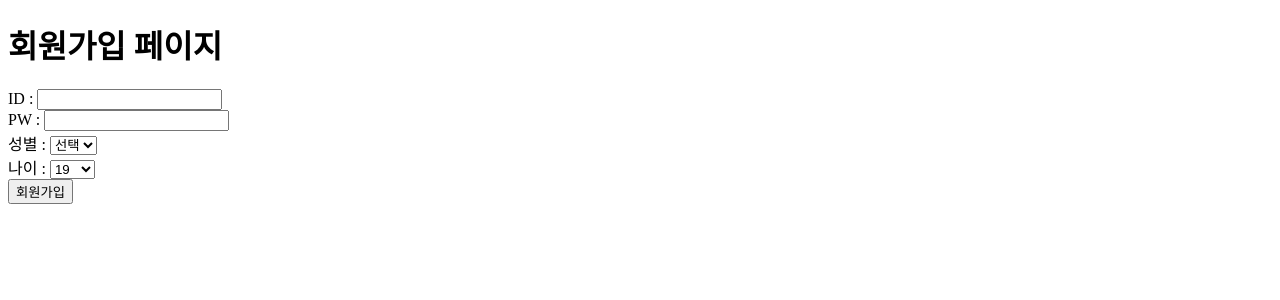
Repository: Bigdog93/WebworkspacePT
Page: http://localhost/JuZzyang/WEB-INF/jsp/join.jsp
The author's editor kept a copy of each file at every save. The page is drawn from the files as they stood at one save, then again after the next save.
The browser window is 1280 px wide. The pictures show the whole page.
The page is served by Tomcat 9. Nobody is signed in. The template is opened directly, without the code that normally fills it, so the values that code supplies are empty.

Above is the page before, as saved 2021-04-29 03:47:37.

After the next save:
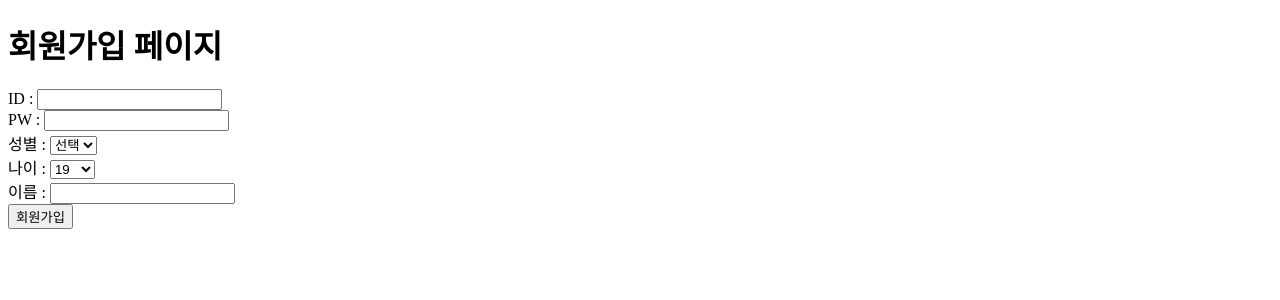
Saved 29 s later.
--- a/WebWorkSpace/JuZzyang/src/main/webapp/WEB-INF/jsp/join.jsp
+++ b/WebWorkSpace/JuZzyang/src/main/webapp/WEB-INF/jsp/join.jsp
@@ -26,6 +26,7 @@
 				</c:forEach>
 			</select>
 		</div>
+		<div>이름 : <input type="text" name="name"></div>
 		<input type="submit" value="회원가입">
 	</form>
 </body>
